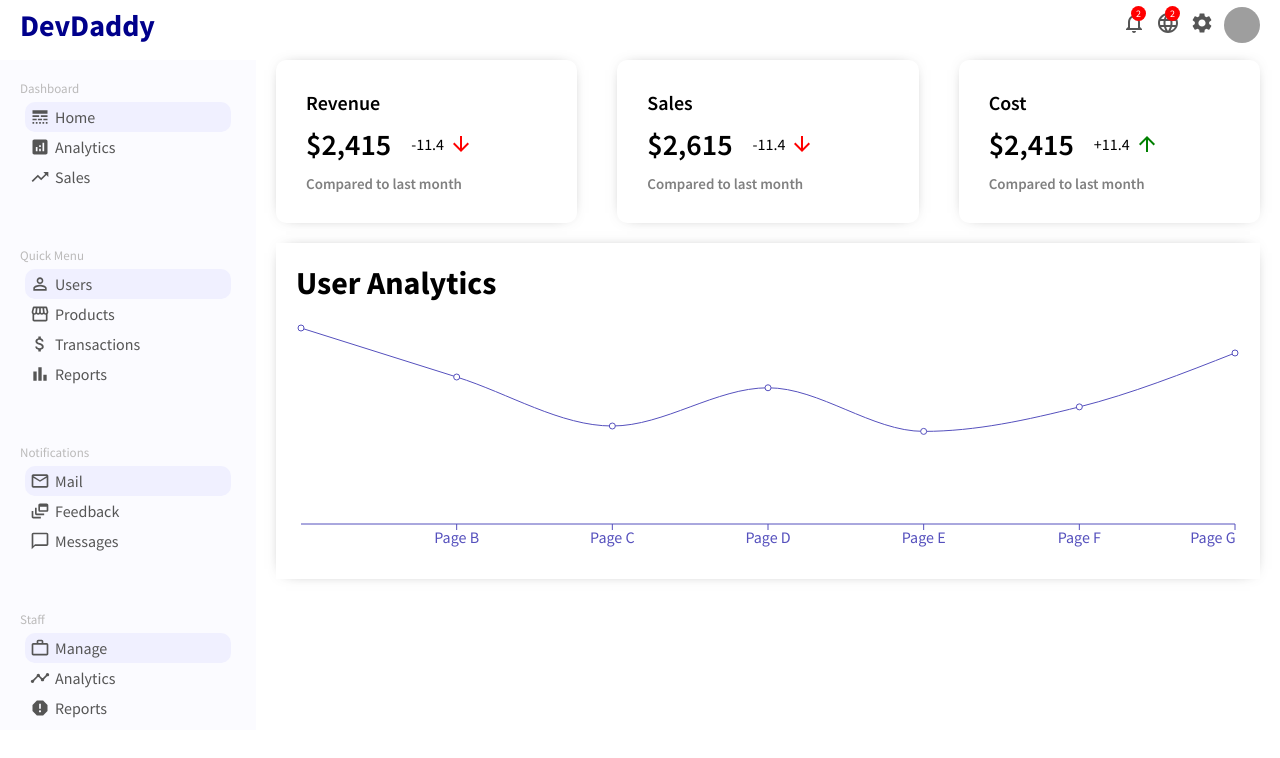
Repository: Marhamat92/react-admin-dashboard
Page: /
These files come from the project's save history. The page is drawn as it stood at one moment and after the next save; the edit follows.
The browser window is 1280 px wide. The pictures show the whole page.
Pictures or frames that could not be fetched are drawn as grey boxes. The project was rebuilt for these pictures with package versions that can differ from the ones it lists, and the page was loaded fresh each time.

Above is the page before, as saved 2023-02-08 13:45:52.

### public/index.html
<!DOCTYPE html>
<html lang="en">

<head>
  <meta charset="utf-8" />
  <link rel="icon" href="%PUBLIC_URL%/favicon.ico" />
  <meta name="viewport" content="width=device-width, initial-scale=1" />
  <meta name="theme-color" content="#000000" />
  <meta name="description" content="Web site created using create-react-app" />
  <link rel="apple-touch-icon" href="%PUBLIC_URL%/logo192.png" />
  <link rel="preconnect" href="https://fonts.googleapis.com">
  <link rel="preconnect" href="https://fonts.gstatic.com" crossorigin>
  <link href="https://fonts.googleapis.com/css2?family=Source+Sans+Pro:wght@200;300;400;600;700;900&display=swap"
    rel="stylesheet">
  <!--
      manifest.json provides metadata used when your web app is installed on a
      user's mobile device or desktop. See https://developers.google.com/web/fundamentals/web-app-manifest/
    -->
  <link rel="manifest" href="%PUBLIC_URL%/manifest.json" />
  <!--
      Notice the use of %PUBLIC_URL% in the tags above.
      It will be replaced with the URL of the `public` folder during the build.
      Only files inside the `public` folder can be referenced from the HTML.

      Unlike "/favicon.ico" or "favicon.ico", "%PUBLIC_URL%/favicon.ico" will
      work correctly both with client-side routing and a non-root public URL.
      Learn how to configure a non-root public URL by running `npm run build`.
    -->
  <style>
    * {
      font-family: 'Source Sans Pro', sans-serif;
      margin: 0;
    }
  </style>
  <title>DevDaddy Admin Dashboard</title>
</head>

<body>
  <noscript>You need to enable JavaScript to run this app.</noscript>
  <div id="root"></div>
  <!--
      This HTML file is a template.
      If you open it directly in the browser, you will see an empty page.

      You can add webfonts, meta tags, or analytics to this file.
      The build step will place the bundled scripts into the <body> tag.

      To begin the development, run `npm start` or `yarn start`.
      To create a production bundle, use `npm run build` or `yarn build`.
    -->
</body>

</html>

### src/App.js
import Topbar from "./components/Topbar/Topbar";
import Sidebar from "./components/sidebar/Sidebar";
import "./app.scss";
import Home from "./pages/home/Home";


function App() {
  return (
    <div>
      <Topbar />
      <div className="container">
        <Sidebar />
        <Home />

      </div>
    </div>
  );
}

export default App;

### src/components/Topbar/Topbar.jsx
import React from 'react'
import "./topbar.scss"
import { Language, NotificationsNone, Settings } from '@mui/icons-material'

function Topbar() {
  return (
    <div className="topbar" >
       <div className='topbarWrapper' >
          <div className='topLeft' >
            <span className='logo'>DevDaddy</span>
          </div>
          <div className='topRight' >
             <div className='topbarIconContainer' >
               <NotificationsNone/>
                <span className='topIconBadge'>2</span>
             </div>
             <div className='topbarIconContainer' >
               <Language/>
                <span className='topIconBadge'>2</span>
             </div>
             <div className='topbarIconContainer' >
               <Settings/>
             </div>
             <img className='topAvatar' src='https://i.pinimg.com/originals/99/ee/d8/99eed8642bbb66a71d0f1677d18a2587.jpg' alt="jack sheperd" />
          </div>
       </div>
    </div>
  )
}

export default Topbar

### src/components/sidebar/Sidebar.js
import React from 'react'
import './sidebar.scss'
import { Analytics, AttachMoney, ChatBubbleOutline, DynamicFeed, LineStyle, MailOutline, PermIdentity, Report, Storefront, Timeline, TrendingUp, WorkOutline, BarChart } from '@mui/icons-material'



function Sidebar() {
  return (
    <div className='sidebar'>
      <div className='sidebarWrapper'>
        <div className='sidebarMenu' >
          <div className='sidebarTitle'>
            Dashboard
          </div>
          <ul className='sidebarList'>
            <li className='sidebarListItem active'>
              <LineStyle className='sidebarIcon' />
              Home
            </li>
            <li className='sidebarListItem'>
              <Analytics className='sidebarIcon' />
              Analytics
            </li>
            <li className='sidebarListItem'>
              <TrendingUp className='sidebarIcon' />
              Sales
            </li>
          </ul>
        </div>
      </div>

      <div className='sidebarWrapper'>
        <div className='sidebarMenu' >
          <div className='sidebarTitle'>
            Quick Menu
          </div>
          <ul className='sidebarList'>
            <li className='sidebarListItem active'>
              <PermIdentity className='sidebarIcon' />
              Users
            </li>
            <li className='sidebarListItem'>
              <Storefront className='sidebarIcon' />
              Products
            </li>
            <li className='sidebarListItem'>
              <AttachMoney className='sidebarIcon' />
              Transactions
            </li>
            <li className='sidebarListItem'>
              <BarChart className='sidebarIcon' />
              Reports
            </li>
          </ul>
        </div>
      </div>

      <div className='sidebarWrapper'>
        <div className='sidebarMenu' >
          <div className='sidebarTitle'>
            Notifications
          </div>
          <ul className='sidebarList'>
            <li className='sidebarListItem active'>
              <MailOutline className="sidebarIcon" />
              Mail
            </li>
            <li className='sidebarListItem'>
              <DynamicFeed className="sidebarIcon" />
              Feedback
            </li>
            <li className='sidebarListItem'>
              <ChatBubbleOutline className="sidebarIcon" />
              Messages
            </li>
          </ul>
        </div>
      </div>

      <div className='sidebarWrapper'>
        <div className='sidebarMenu' >
          <div className='sidebarTitle'>
            Staff
          </div>
          <ul className='sidebarList'>
            <li className='sidebarListItem active'>
              <WorkOutline className="sidebarIcon" />
              Manage
            </li>
            <li className='sidebarListItem'>
              <Timeline className="sidebarIcon" />
              Analytics
            </li>
            <li className='sidebarListItem'>
              <Report className="sidebarIcon" />
              Reports
            </li>
          </ul>
        </div>
      </div>
    </div>
  )
}

export default Sidebar

### src/app.scss
.container {
  display:flex;
  margin-top: 10px;
}

### src/pages/home/Home.js
import React from 'react'
import './home.scss'
import FeaturedInfo from '../../components/featuredInfo/FeaturedInfo'
import Chart from '../../components/chart/Chart'

function Home() {
  return (
    <div className='home' >
      <FeaturedInfo />
      <Chart />
    </div>
  )
}

export default Home

### src/components/Topbar/topbar.scss
.topbar{
  width:100%;
  height: 50px;
  background-color: white;
  position: sticky;
  top:0;
  z-index: 999;
}

.topbarWrapper{
  height: 100%;
  padding: 0px 20px;
  display: flex;
  align-items: center;
  justify-content: space-between;
}

.logo{
  font-weight:bold;
  font-size: 30px;
  color:darkblue;
  cursor: pointer;
}

.topRight{
  display:flex;
  align-items: center;
}

.topbarIconContainer{
  position:relative;
  cursor: pointer;
  margin-right:10px;
  color:#555;
}

.topIconBadge{
  width: 15px;
  height: 15px;
  display: flex;
  align-items: center;
  justify-content: center;
  position:absolute;
  top:-5px;
  right:0px;
  background-color: red;
  color:white;
  border-radius: 50%;
  font-size: 10px;
}

.topAvatar{
  width: 36px;
  height: 36px;
  border-radius: 50%;
  object-fit: cover;
  cursor: pointer;
}

### src/components/sidebar/sidebar.scss
.sidebar{
  flex:1;
  height:calc(100vh - 50px);
  background-color: rgb(251,251,255);
  position: sticky;
  top: 50px;
}

.sidebarWrapper{
  padding: 20px;
  color:#555;
}

.sidebarMenu{
  margin-bottom:10px;
}

.sidebarTitle{
  font-size: 13px;
  color:rgb(187,186,186);
}

.sidebarList{
  list-style: none;
  padding:5px;
}

.sidebarListItem{
  padding:5px;
  cursor:pointer;
  display:flex;
  align-items:center;
  border-radius: 10px;
}

.sidebarListItem.active,
.sidebarListItem:hover{
  background-color: rgb(240,240,255);
}

.sidebarIcon{
  margin-right: 5px;
  font-size: 20px !important;
}

### src/pages/home/home.scss
.home{
  flex:4;

}

### src/components/featuredInfo/FeaturedInfo.js
import React from 'react'
import './featuredInfo.scss'
import { ArrowDownward, ArrowUpward } from '@mui/icons-material'

function FeaturedInfo() {
  return (
    <div className='featured'>
      <div className='featuredItem'>
        <span className='featuredTitle'>Revenue</span>
        <div className='featuredMoneyContainer'>
          <span className='featuredMoney'>$2,415</span>
          <span className='featuredMoneyRate'>
            -11.4 <ArrowDownward className='featuredIcon negative' />
          </span>
        </div>
        <span className='featuredSub'>Compared to last month</span>
      </div>

      <div className='featuredItem'>
        <span className='featuredTitle'>Sales</span>
        <div className='featuredMoneyContainer'>
          <span className='featuredMoney'>$2,615</span>
          <span className='featuredMoneyRate'>
            -11.4 <ArrowDownward className='featuredIcon negative' />
          </span>
        </div>
        <span className='featuredSub'>Compared to last month</span>
      </div>

      <div className='featuredItem'>
        <span className='featuredTitle'>Cost</span>
        <div className='featuredMoneyContainer'>
          <span className='featuredMoney'>$2,415</span>
          <span className='featuredMoneyRate'>
            +11.4 <ArrowUpward className='featuredIcon positive' />
          </span>
        </div>
        <span className='featuredSub'>Compared to last month</span>
      </div>
    </div>
  )
}

export default FeaturedInfo

### src/components/chart/Chart.js
import React from 'react'
import './chart.scss'
import { LineChart, Line, XAxis, YAxis, CartesianGrid, Tooltip, Legend, ResponsiveContainer } from 'recharts';


function Chart() {

  const data = [
    {
      name: 'Page A',
      "Active User": 4000,

    },
    {
      name: 'Page B',
      "Active User": 3000,

    },
    {
      name: 'Page C',
      "Active User": 2000,

    },
    {
      name: 'Page D',
      "Active User": 2780,

    },
    {
      name: 'Page E',
      "Active User": 1890,

    },
    {
      name: 'Page F',
      "Active User": 2390,

    },
    {
      name: 'Page G',
      "Active User": 3490,

    },
  ];




  return (
    <div className='chart'>
      <h1 className='chartTitle' >
        User Analytics
      </h1>
      <ResponsiveContainer width="100%" aspect={4 / 1} >
        <LineChart data={data}>
          <XAxis dataKey="name" stroke="#5550bd" />
          <Line type="monotone" dataKey="Active User" stroke="#5550bd" />
        </LineChart>
      </ResponsiveContainer>
    </div>
  )
}

export default Chart

### src/components/featuredInfo/featuredInfo.scss
.featured{
  width:100%;
  display:flex;
  justify-content:space-between;
}

.featuredItem{
  flex:1;
  margin:0 20px;
  padding:30px;
  border-radius:10px;
  cursor:pointer;
  -webkit-box-shadow: 0px 0px 15px -10px rgba(0, 0, 0, 0.75);
  box-shadow: 0px 0px 15px -10px rgba(0, 0, 0, 0.75);
}

.featuredTitle{
  font-size:20px;
  font-weight:600;
  margin-bottom:10px;
}

.featuredMoneyContainer{
  display:flex;
  align-items:center;
  margin:10px 0;
}

.featuredMoney{
  font-size:30px;
  font-weight:600;

}

.featuredMoneyRate{
  display: flex;
  align-items: center;
  margin-left: 20px;
}

.featuredIcon{
  font-size:14px;
  margin-left:5px;
  color:green
}

.featuredIcon.negative{
  color:red;
}

.featuredSub{
  font-size:15px;
  font-weight:600;
  color:gray;
}

### src/components/chart/chart.scss
.chart{
  margin: 20px;
  padding: 20px;
  -webkit-box-shadow: 0px 0px 15px -10px rgba(0, 0, 0, 0.75);
  box-shadow: 0px 0px 15px -10px rgba(0, 0, 0, 0.75);
}

.chartTitle{
  margin-bottom: 20px;
}

Loaded but not shown: src/index.js (common file)

After the next save:
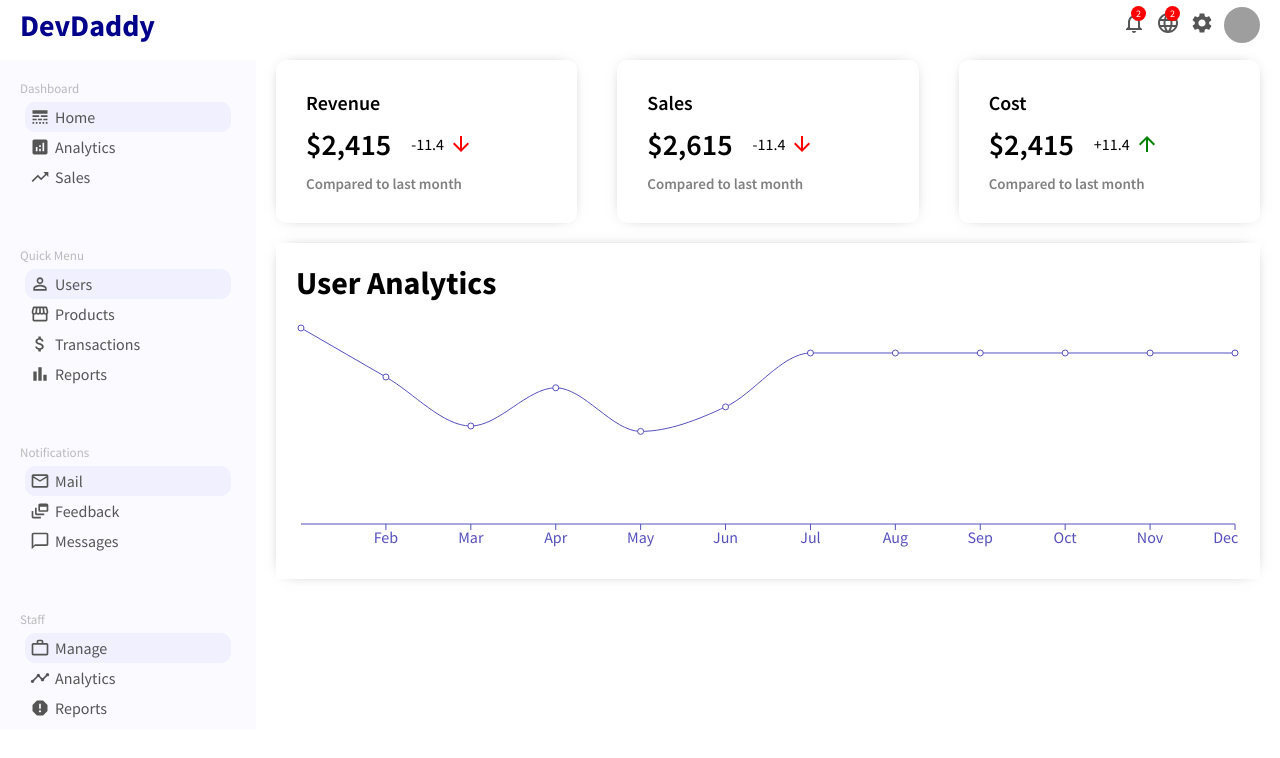
Saved 2 min 18 s later.
--- a/src/components/chart/Chart.js
+++ b/src/components/chart/Chart.js
@@ -7,37 +7,62 @@ function Chart() {
 
   const data = [
     {
-      name: 'Page A',
+      name: 'Jan',
       "Active User": 4000,
 
     },
     {
-      name: 'Page B',
+      name: 'Feb',
       "Active User": 3000,
 
     },
     {
-      name: 'Page C',
+      name: 'Mar',
       "Active User": 2000,
 
     },
     {
-      name: 'Page D',
+      name: 'Apr',
       "Active User": 2780,
 
     },
     {
-      name: 'Page E',
+      name: 'May',
       "Active User": 1890,
 
     },
     {
-      name: 'Page F',
+      name: 'Jun',
       "Active User": 2390,
 
     },
     {
-      name: 'Page G',
+      name: 'Jul',
+      "Active User": 3490,
+
+    },
+    {
+      name: 'Aug',
+      "Active User": 3490,
+
+    },
+    {
+      name: 'Sep',
+      "Active User": 3490,
+
+    },
+    {
+      name: 'Oct',
+      "Active User": 3490,
+
+    },
+    {
+      name: 'Nov',
+      "Active User": 3490,
+
+    },
+    {
+      name: 'Dec',
       "Active User": 3490,
 
     },
